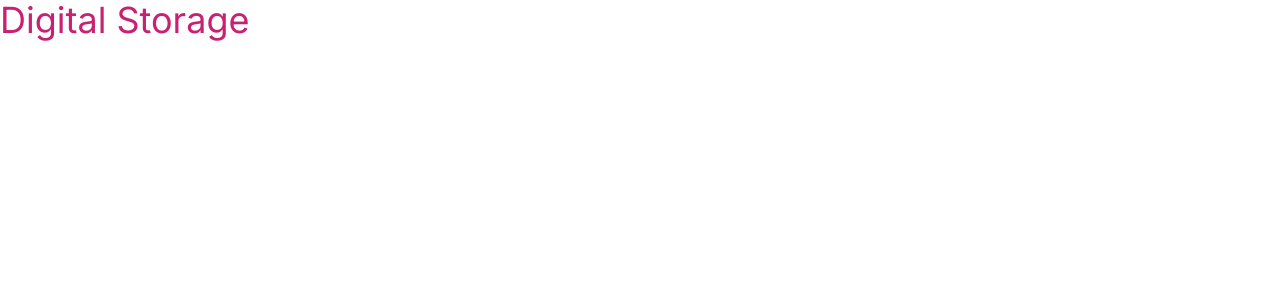
Repository: gimoli/loja-digital
Page: index.html
An editor plug-in stored every save of this project. The page is shown before and after a run of saves, followed by the edit.
The browser window is 1280 px wide. The pictures show the whole page.

Above is the page before, as saved 2025-04-22 09:36:22.

After the next 3 saves:
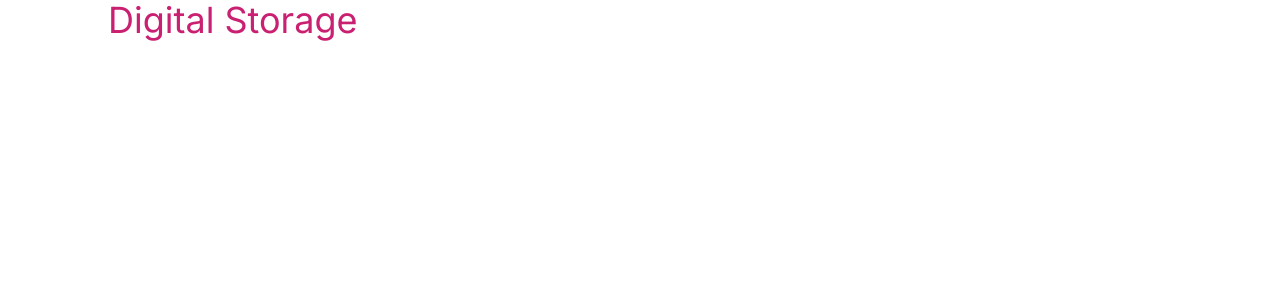
The 3 saves are shown as one change because they came seconds apart.
The last was saved 10 s later.
--- a/index.html
+++ b/index.html
@@ -9,7 +9,7 @@
     <link rel="stylesheet" href="style.css">
         </head>
 <body>
-    <header class="px-[10</header>
+    <header class="px-[108px] py-[</header>
     <img src="assets/Vector.png" alt="logo">
     <h1 class="text-4xl text-(--primary-color) font-semibol">
         Digital Storage
